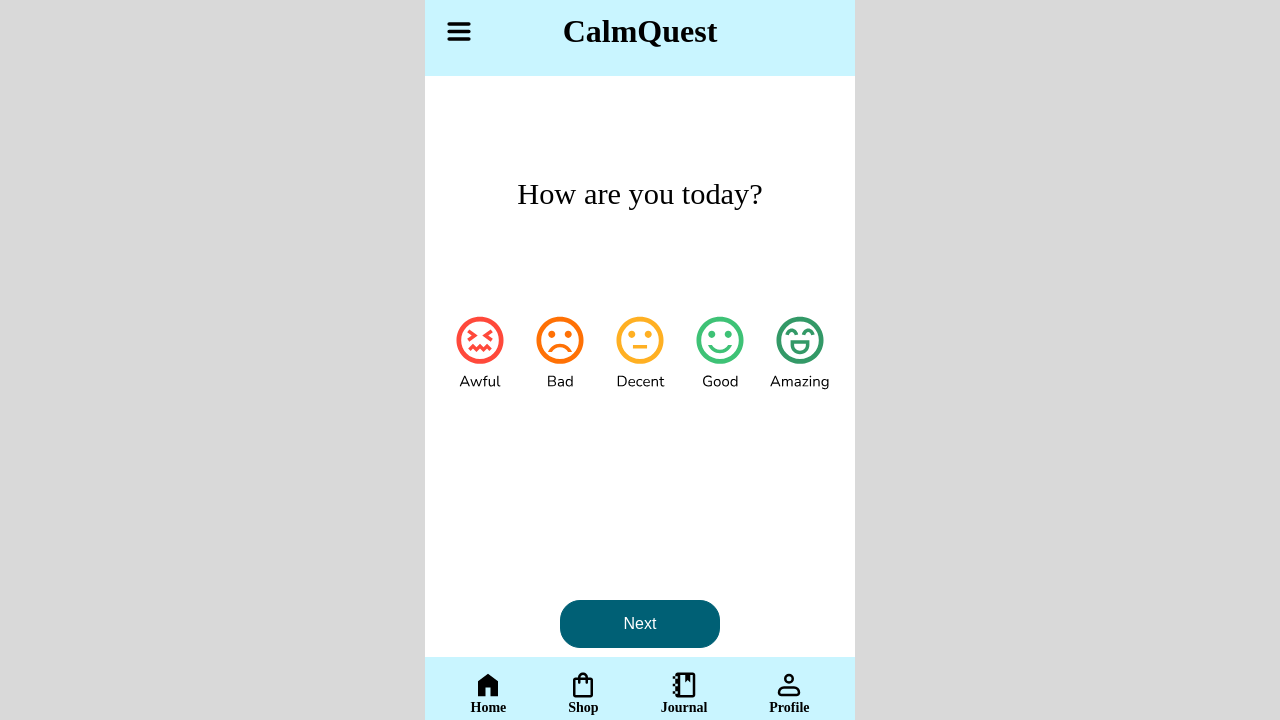
Repository: Michelle2317/CalmQuest
Page: /ParentQuiz
An editor plug-in stored every save of this project. The page is shown before and after a run of saves, followed by the edit.
The browser window is 1280 px wide. The pictures show the whole page.
The project was rebuilt for these pictures with package versions that can differ from the ones it lists, and the page was loaded fresh each time. The framework's server and built-in components were replaced by stand-ins that run in the browser. Also part of the build but not shown: next.config.mjs.

Above is the page before, as saved 2024-04-11 02:16:20.

### pages/ParentQuiz.js
import Head from 'next/head'
import styles from '@/styles/Home.module.css'
import ChildQuestions from './ChildQuestions'
import Navbar from '@/components/Navbar'
import Tabbar from '@/components/Tabbar'
import Image from 'next/image'
import { useState } from 'react'

export default function ParentQuiz() {
	const [step, setStep] = useState(1)
	const [previousAnswer, setPreviousAnswer] = useState(null)
	const [selectedAnswers, setSelectedAnswers] = useState([])
	const [quizComplete, setQuizComplete] = useState(false)
	const [score, setScore] = useState(0)
	const [outcome, setOutcome] = useState('')
	const [seedsClaimed, setSeedsClaimed] = useState(false)

	const handleAnswerSelect = (answer) => {
		let points = 0

		switch (step) {
			case 1:
				switch (answer) {
					case 'Awful':
						points = -2
						break
					case 'Bad':
						points = -1
						break
					case 'Decent':
						points = 0
						break
					case 'Good':
						points = 1
						break
					case 'Amazing':
						points = 2
						break
					default:
						break
				}
				break
			case 2:
				switch (answer) {
					case 'Joy':
						points = 1
						break
					case 'Sadness':
					case 'Fear':
						points = -1
						break
					case 'Anger':
						points = -2
						break
					default:
						break
				}
				break
			default:
				break
		}
		setSelectedAnswers([...selectedAnswers, { answer, points }])
		setScore(score + points)

		if (step === 4) {
			calculateOutcome()
		}
		setPreviousAnswer(answer)
	}

	const handleNextStep = () => {
		if (step < 4) {
			setStep(step + 1)
		} else {
			setQuizComplete(true)
			calculateOutcome()
		}
	}

	const calculateOutcome = () => {
		const headspace =
			selectedAnswers[
				selectedAnswers.length - 1
			].answer.toString()
		const totalScore = score
		let message = ''

		if (totalScore >= 0 && totalScore <= 3) {
			message = `You're doing a great job about your ${headspace.toLowerCase()}! Keep it up and you'll do wonders!`
		} else if (totalScore > 3 && totalScore <= 6) {
			message = `You're doing great about your ${headspace.toLowerCase()}!`
		} else if (totalScore >= -7 && totalScore <= -5.5) {
			message = `It sounds like you're having a tough time with your ${headspace.toLowerCase()}. Consider seeking professional help services.`
		} else if (totalScore > -5 && totalScore <= -3) {
			message = `It sounds like you're struggling with your ${headspace.toLowerCase()}. Try some mental exercises to improve your mood.`
		} else if (totalScore > -2.5 && totalScore < 0) {
			message = `It seems like you're having a bit of difficulty with your ${headspace.toLowerCase()}. Mental exercises might help.`
		}
		setOutcome(message)
	}

	const handleClaimSeeds = () => {
		setSeedsClaimed(true)
	}

	const handleMoreActivities = () => {}

	const handlePreviousStep = () => {
		if (step > 1) {
			setStep(step - 1)
		}
	}

	const handleSubmitQuiz = () => {
		setQuizComplete(true)
		calculateOutcome()
	}

	return (
		<>
			<Head>
				<title>CalmQuest</title>
				<meta name="description" content="Generated by create next app" />
				<meta name="viewport" content="width=device-width, initial-scale=1" />
				<link rel="icon" href="/favicon.ico" />
			</Head>
			<main className={`${styles.main}`}>
				<div className={styles.mainContainer}>
					<Navbar />
					{!quizComplete && (
						<ChildQuestions
							question={
								step === 1
									? 'How are you today?'
									: step === 2
									? 'How do you feel?'
									: step === 3
									? 'Describe your feelings?'
									: "What's taking up most of your headspace right now?"
							}
							onSelect={
								handleAnswerSelect
							}
							previousAnswer={
								previousAnswer
							}
							handleNextStep={
								handleNextStep
							}
							outcome={outcome}
					  />
				  )}
					{quizComplete && (
						<div
							className={styles.outcomeContainer}>
							<Image
								src="/images/check.svg"
								alt="Check"
								width={100}
								height={100}
								className={styles.checkIcon}
							/>
							<h2 className={styles.checkDone}>Check-In Done!</h2>
							<p className={`${styles.outcomeMessage}`}>{outcome}</p>
							{!seedsClaimed ? (
								<button
									className={styles.primaryButtonQuiz}
									onClick={handleClaimSeeds}>	Claim 3x Seeds
								</button>
							) : (
								<p
									className={styles.claimedSeeds}>Seeds Claimed</p>
							)}
							<button
								className={styles.primaryButtonQuiz}
								onClick={handleMoreActivities}>More Activities
							</button>
						</div>
					)}
					<div className={styles.buttonContainer}>
						{step > 1 && !quizComplete && (
							<button
								className={`${styles.secondaryButtonQuiz}`}
								onClick={handlePreviousStep}
								tabindex="0">Back
							</button>
						)}
						{!quizComplete ? (
							<button
								className={`${styles.primaryButtonQuiz}`}
								onClick={step === 4 ? handleSubmitQuiz : handleNextStep}
								tabindex="0"
							  >
								{step === 4 ? 'Submit' : 'Next'}
							</button>
						) : (
							<>
              </>
						)}
					</div>
					<Tabbar />
				</div>
			</main>
		</>
	)
}

### styles/globals.css
:root {
	--white: #fff;
	--black: #000;
	--gray: #d9d9d9;
	--light-blue: #c9f5ff;
	--dark-turquoise: #006075;
	--dark-gray: #C0C0C0;
	/* --ombre: linear-gradient(180deg, #E7ECFF 0%, #D8FFFA 100%); */
	/* font size */
	--title1: 36px;
	--title2: 32px;
	--body2: 16px;
	--body-3-small: 14px;
	--body-1-large: 18px;
}

* {
	margin: 0;
	padding: 0;
}

### styles/Home.module.css
.main {
	display: flex;
	flex-direction: row;
	justify-content: center;
	align-items: center;
	min-height: 20vh;
	background-color: var(--gray);
	overflow-y: hidden;
}

.mainContainer {
	position: relative;
	display: flex;
	flex-direction: column;
	justify-content: space-between;
	align-items: center;
	width: 430px;
	height: 100vh;
	max-height: 932px;
	background-color: var(--white);
	overflow-y: auto;
	overflow-x: hidden;
}

.getStartedButton {
}

/*home content*/
.helloContainer {
	display: flex;
	flex-direction: row;
	align-items: center;
	gap: 48px;
}

.mainHello {
	font-size: var(--title2);
}

.mainQuote,
.checkIn {
	font-size: var(--body-3-small);
}

.journalingContainer {
	width: 398px;
}

.explore,
.prompt {
	font-size: var(--body-1-large);
	font-weight: bold;
}

.quote {
	font-size: var(--body2);
}

.write {
	text-align: right;
}

.exerciseCarousel {
	display: flex;
	flex-direction: row;
}

/* Quiz/Check-In */
.questionOne,
.questionTwo {
	color: var(--black);
	font-family: 'Merriweather', serif;
	font-size: 1.9em;
	font-weight: 400;
	text-align: center;
}

.questionDescription {
	font-family: 'Nunito', sans-serif;
	font-size: 1rem;
	font-weight: 400;
}

.questionTwoDescription {
	font-family: 'Nunito', sans-serif;
	font-size: 1rem;
	font-weight: 400;
	margin-top: -4rem;
}

.questionThreeDescription {
	font-family: 'Nunito', sans-serif;
	font-size: 1rem;
	font-weight: 400;
	margin-top: -5rem;
}

.emojis {
	flex-direction: row;
	display: inline-flex;
	position: relative;
	justify-content: center;
	padding-bottom: 10rem;
}

.questionOneNext {
	position: absolute;
	margin-top: 28rem;
}

.quizNext {
	position: absolute;
	margin-top: 30rem;
	margin-left: 8rem;
}

.quizBack {
	position: absolute;
	margin-top: 30rem;
	margin-right: 8rem;
}

.emojisEmotion {
	display: flex;
	flex-wrap: wrap;
	justify-content: center;
	margin-top: -4rem;
}

.emotionContainer {
	display: flex;
}

.emotionRegular {
	width: 9rem;
	height: 6rem;
	margin: 0.5rem;
	padding: 0.5rem;
	background-color: var(--light-blue);
	border-radius: 0.5rem;
}

.selectedEmoji {
	border: 0.2rem solid var(--dark-turquoise);
}

.multiSelectContainer {
	display: flex;
	flex-wrap: wrap;
	justify-content: center;
}

.titleEmotion {
	position: absolute;
	margin-top: -5rem;
}

.rectangle {
	width: 6.5rem;
	height: 3.5rem;
	background-color: var(--light-blue);
	margin: 0.5rem;
	display: flex;
	justify-content: center;
	align-items: center;
	border-radius: 0.5rem;
	font-family: 'Nunito', sans-serif;
}

.buttonContainer {
	position: absolute;
	margin-top: 34.5rem;
}

.primaryButtonQuiz {
	text-align: center;
	color: var(--white);
	font-size: 16px;
	font-family: 'Nunito', sans-serif;
	font-weight: 400;
	word-wrap: break-word;
	width: 160px;
	height: 48px;
	background: var(--dark-turquoise);
	border: 1px var(--dark-turquoise) solid;
	border-radius: 20px;
	justify-content: center;
	align-items: center;
	display: inline-flex;
	margin-left: rem;
	margin-top: 3rem;
}

.primaryButtonQuiz:hover {
	text-align: center;
	color: var(--dark-turquoise);
	font-size: 16px;
	font-family: 'Nunito', sans-serif;
	font-weight: 400;
	word-wrap: break-word;
	width: 160px;
	height: 48px;
	background: var(--light-blue);
	border: 1px var(--dark-turquoise) solid;
	border-radius: 20px;
	justify-content: center;
	align-items: center;
	display: inline-flex;
}

.secondaryButtonQuiz {
	text-align: center;
	color: var(--white);
	font-size: 16px;
	font-family: 'Nunito', sans-serif;
	font-weight: 400;
	word-wrap: break-word;
	width: 160px;
	height: 48px;
	border-radius: 20px;
	background-color: var(--black);
	overflow: hidden;
	border: 1px var(--black) solid;
	justify-content: center;
	align-items: center;
	display: inline-flex;
}

.secondaryButtonQuiz:hover {
	width: 160px;
	height: 48px;
	color: var(--black);
	background: var(--white);
	border-radius: 20px;
	overflow: hidden;
	border: 1px var(--black) solid;
	justify-content: center;
	align-items: center;
	display: inline-flex;
}

.secondary,
.button {
	color: var(--dark-turquoise);
}

.checkIcon {
	position: relative;
	padding-left: 10rem;
	margin-top: -4rem;
}

.checkDone {
	color: var(--black);
	font-family: 'Merriweather', serif;
	font-size: 1.9em;
	font-weight: 400;
	text-align: center;
	padding-top: 2rem;
	padding-bottom: 1rem;
}

.claimedSeeds {
	text-align: center;
	color: var(--white);
	font-size: 16px;
	font-family: 'Nunito', sans-serif;
	font-weight: 400;
	width: 160px;
	height: 48px;
	background: var(--dark-gray);
	border: 1px var(--dark-turquoise) solid;
	border-radius: 20px;
	overflow: hidden;
	justify-content: center;
	align-items: center;
	display: inline-flex;
	margin-left: 3rem;
	margin-top: 3rem;
}

.outcomeMessage {
	text-align: center;
	width: 90%;
	padding-left: 1rem;
}

### components/Navbar/index.js
import styles from './Navbar.module.css'
import Image from 'next/image'

export default function Navbar() {
	return (
		<>
			<div className={styles.navbar}>
					<Image
						src={`/images/hamburgerMenu.svg`}
						alt="hamburger menu"
						width="30"
						height="30"
						className={styles.hamburgerMenuIcon}
					/>
				<div className={styles.calmQuest}>CalmQuest</div>
			</div>
		</>
	)
}

### components/Tabbar/index.js
import styles from "./Tabbar.module.css";
import Image from "next/image";

export default function Tabbar() {
  return (
    <>
      <div className={styles.tabbar}>
        <div className={styles.homeContainer}>
          <Image
            src={`/images/homeSecondary.svg`}
            alt="home"
            width={30}
            height={30}
            className={styles.homeSecondary}
          />
          <p>Home</p>
        </div>
        <div className={styles.shopContainer}>
          <Image
            src={`/images/shopPrimary.svg`}
            alt="shop icon"
            width={30}
            height={30}
            className={styles.shopPrimary}
          />
          <p>Shop</p>
        </div>
        <div className={styles.journalContainer}>
          <Image
            src={`/images/journalPrimary.svg`}
            alt="journal icon"
            width={30}
            height={30}
            className={styles.journalPrimary}
          />
          <p>Journal</p>
        </div>
        <div className={styles.profileContainer}>
          <Image
            src={`/images/profilePrimary.svg`}
            alt="profile icon"
            width={30}
            height={30}
            className={styles.profilePrimary}
          />
          <p>Profile</p>
        </div>
      </div>
    </>
  );
}

### components/Navbar/Navbar.module.css
.navbar {
	width: 430px;
	height: 72px;
	padding-top: 1px;
	padding-left: 13px;
	padding-right: 132px;
	background: #c9f5ff;
	display: flex;
	justify-content: center;
	align-items: center;
	gap: 89px;
}

.hamburgerMenuIcon {
	width: 30px;
	height: 30px;
	position: relative;
	flex-direction: column;
	justify-content: flex-start;
	align-items: flex-start;
	display: flex;
}

.calmQuest {
	color: var(--black);
	font-size: 32px;
	font-family: Nunito;
	font-weight: 700;
}

### components/Tabbar/Tabbar.module.css
.tabbar {
	width: 430px;
	height: 65px;
	padding-top: 1px;
	background: #c9f5ff;
	display: flex;
	justify-content: center;
	align-items: center;
	gap: 62px;
}

.tabbar p {
	color: var(--black);
	font-size: 14px;
	font-family: Nunito;
	font-weight: 700;
}

.homeContainer, .shopContainer, .journalContainer, .profileContainer {
    display: flex;
    flex-direction: column;
    align-items: center;
}

Loaded but not shown: pages/_app.js (common file); pages/_document.js (common file); pages/ChildQuestions.js (414 lines, source omitted)

After the next 2 saves:
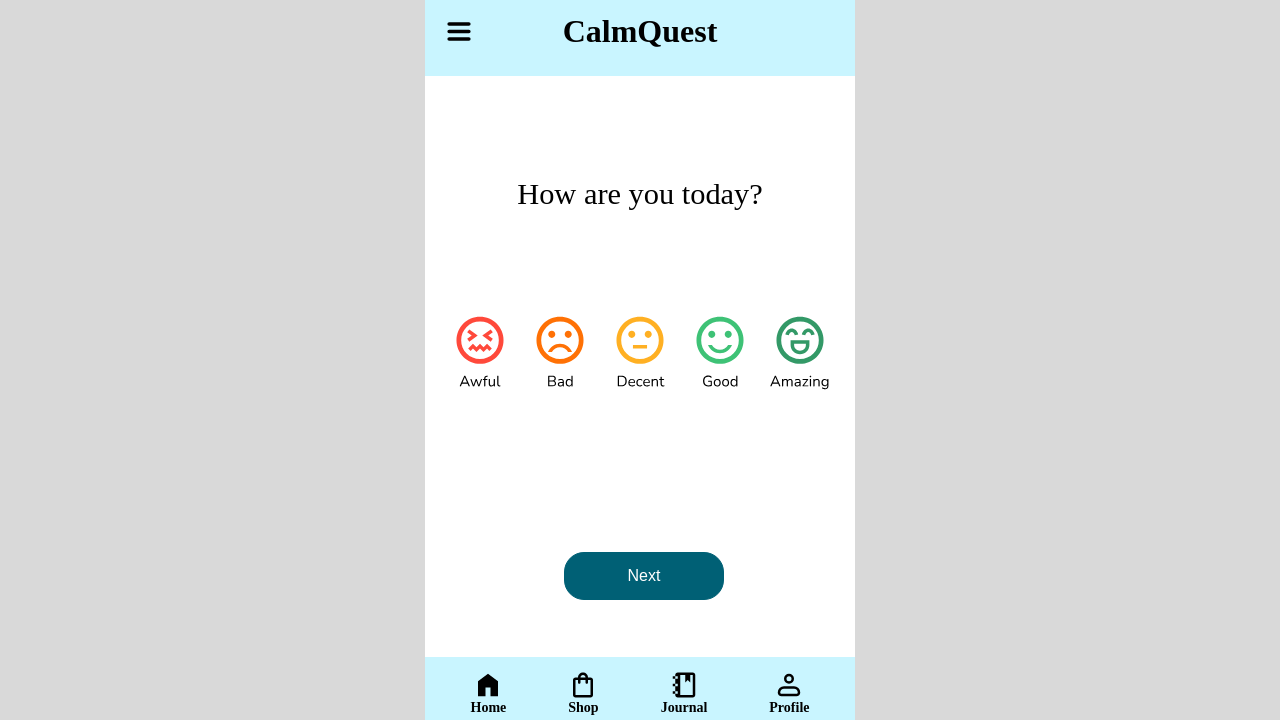
The 2 saves are shown as one change because they came seconds apart.
The last was saved 7 s later.
--- a/styles/Home.module.css
+++ b/styles/Home.module.css
@@ -184,11 +184,12 @@
 	background: var(--dark-turquoise);
 	border: 1px var(--dark-turquoise) solid;
 	border-radius: 20px;
-	justify-content: center;
-	align-items: center;
-	display: inline-flex;
-	margin-left: rem;
-	margin-top: 3rem;
+	overflow: hidden;
+	justify-content: center;
+	align-items: center;
+	gap: 10px;
+	display: inline-flex;
+	margin-left: 0.5rem;
 }
 
 .primaryButtonQuiz:hover {
@@ -206,6 +207,8 @@
 	justify-content: center;
 	align-items: center;
 	display: inline-flex;
+	margin-left: 3rem;
+	margin-top: 3rem;
 }
 
 .secondaryButtonQuiz {
@@ -223,6 +226,7 @@
 	border: 1px var(--black) solid;
 	justify-content: center;
 	align-items: center;
+	gap: 10px;
 	display: inline-flex;
 }
 
@@ -236,6 +240,7 @@
 	border: 1px var(--black) solid;
 	justify-content: center;
 	align-items: center;
+	gap: 10px;
 	display: inline-flex;
 }
 
